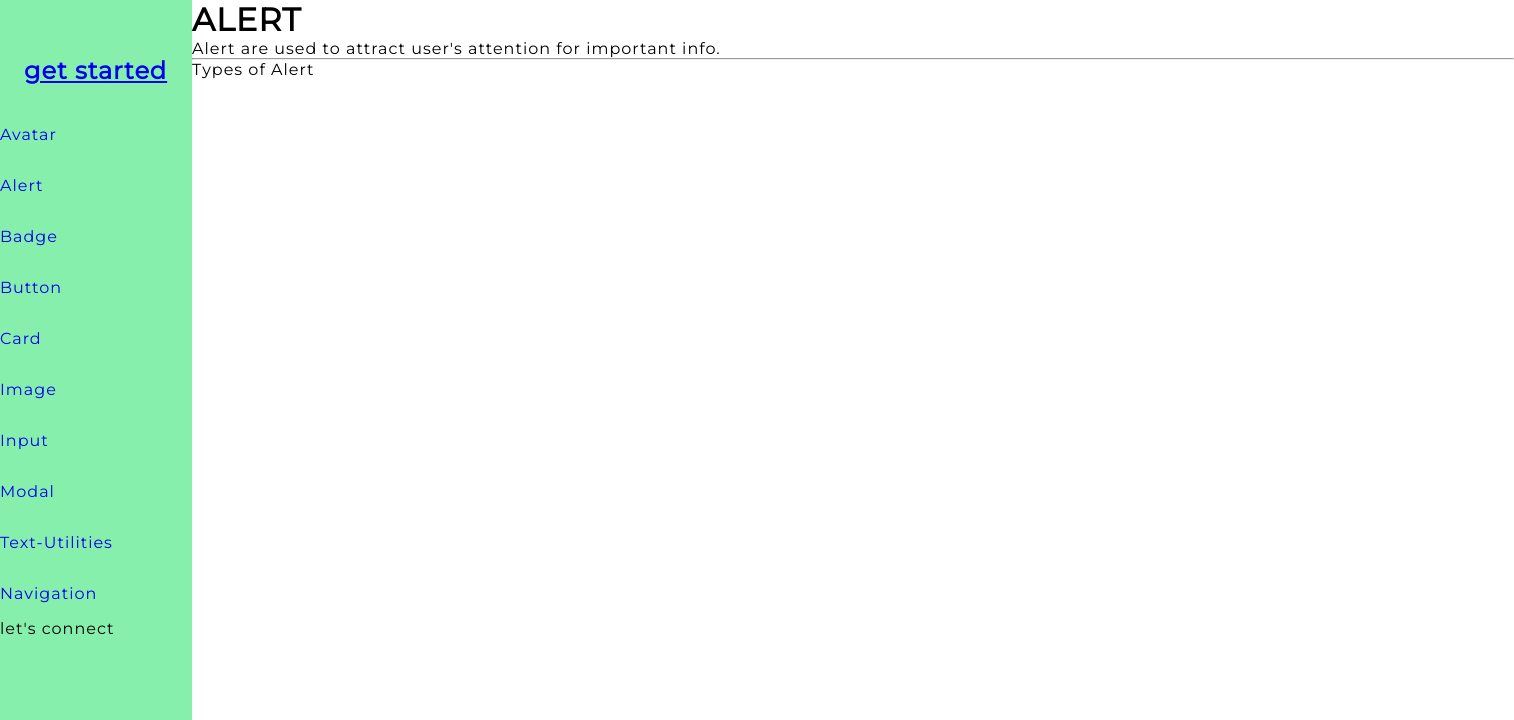
Repository: Anasooya2601/Components_UI
Page: components/Alert/Alert.html
These files come from the project's save history. The page is drawn as it stood at one moment and after the next save; the edit follows.
The browser window is 1280 px wide. The page is 1514 px wide, so the pictures cover 1514 px, including what lies to the right of the window. The pictures show the whole page.

Above is the page before, as saved 2022-02-12 10:29:37.
Not found: components/
Not found: components/Avatar/index.css

### components/Alert/Alert.html
<!DOCTYPE html>
<html lang="en">
<head>
    <meta charset="UTF-8">
    <meta http-equiv="X-UA-Compatible" content="IE=edge">
    <meta name="viewport" content="width=device-width, initial-scale=1.0">
    <title>Alert</title>
    <link rel="stylesheet" href="/main/main.css">
    <link rel="stylesheet" href="../comp.css">
</head>
<body><!-- main -->
    <div class="main-container">
        <div class="navbar-wrapper">

            <div class="nav">
                <div class="navbar-header">
                <div class="logo">
                    <a href="/index.html"></a>
                 </div>
                </div>
            </div>

        <!-- topics -->
        <a href="/main/main.html" class="text">get started</a>
        <div class="navbar-main">
            <a href="/components/Avatar/index.html">Avatar</a>
            <a href="/components/Alert/alert.html">Alert</a>
            <a href="/components/Badge/badge.html">Badge</a>
            <a href="/components/Button/button.html">Button</a>
             <a href="/components/Card/card.html">Card</a>
             <a href="/components/Image/image.html">Image</a>
             <a href="/components/Input/input.html">Input</a>
            <a href="/components/Modal/modal">Modal</a>
            <a href="/components//TextUtilities/textutilities">Text-Utilities</a>
            <a href="/components/Navigation/navigation">Navigation</a>
        </div>
        <!-- footer -->
        <div class="footer">
            <div class="footer-text">
                <p>let's connect</p>
            </div>
        </div>
        </div>


    <div class="header">
        <div class="section-header">
            <div>
                <h1 class="text-header">ALERT</h1>
                    <p class="para">
                       Alert are used to attract user's attention for important info.
                    </p>
              <hr>

            </div>
        </div>
        <div class="section-main">
            <div class="avatar_main">
<div class="alert-info">Types of Alert</div>
            </div>
    </div>
</div>
</body>
</html>

### main/main.css
@import url('https://fonts.googleapis.com/css2?family=Montserrat&display=swap');
*{
    margin: 0;
    padding: 0;
    box-sizing: border-box;
}

body{
    letter-spacing: 1px;
}

/* color variable */
:root{
    font-family: 'Montserrat', sans-serif;
    font-weight: 400;
    --main-color:#fca5a5;
    --green:#86efac;
}

/* logo */
.logo{
    display: flex;
    justify-content: center;
}

.logo a{
    color: var(--main-color);
    font-size: 2.5rem;
    display: flex;
    align-items: flex-end;
}




.main-container{
    display: flex;
}

.text{
    font-size: 1.5rem;
    margin: 1.5rem;
    font-weight: bold;
}
/* navbar */
.navbar-wrapper{
    width: 15%;
    height: 100vh;
    font-size: 1rem;
    flex-direction: column;
    overflow-y: scroll;
display: flex;
flex-shrink: 0;
background-color: var(--green);
}
.nav{
    display: flex;
    flex-direction: column;
}
.navbar-main{
    display: flex;
    flex-direction: column;
}
.navbar-main a{
  border-radius: 40px;
  padding: 1rem 0rem 1rem 0rem;
  letter-spacing: 1px;
  transition: 0.3s all ease-in-out;
  text-decoration: none;
}
.navbar-header{
    border-bottom: var(--main-color);
    padding: 1rem;
}
hr{
    width:250%;
    text-align:left;
    margin-left:0;
    }

### components/comp.css
@import "./Alert/alert.css";
@import "./Avatar/index.css";
@import "./Button/button.css";
@import "../main/main.css";
@import"./";
@import"./";
@import"./";
@import"";
@import"";

### components/Button/button.css
@import url('https://fonts.googleapis.com/css2?family=Montserrat:ital@1&family=Roboto:ital,wght@0,400;1,300&family=Space+Grotesk:wght@700&display=swap');
.main-text{
    margin: 2rem 0;
}

.btn-container{
display: flex;
flex-wrap: wrap;
margin-top: 1.5rem;
gap: 1rem;
align-items: center;


}

.btn {
border:none;
background-color: none;
outline: none;
padding: 0.5rem 1rem;
border: 5px;
border-radius: 5px;
font-size: 1.1rem;
cursor: pointer;
color: #0e9aeb;
font-family: 'Gill Sans', 'Gill Sans MT', Calibri, 'Trebuchet MS', sans-serif;
}

.primary{
    background-color:#fbbf24 ;

}
.secondary{
    background-color: #fca5a5;
}
.danger{
    background-color: #bef264;
}
.success{
    background-color: #0369a1;
}
.warning{
    background-color: #ded48f;
}

/* outlined-button */
.outlined-sub{
    margin-top: 1.5rem;
}
.outlined-btn{
border-radius: 8px;
font-size: 1.1rem;
letter-spacing: 1px;
color:#0369a1;
background-color: white;
cursor: pointer;
padding: 0.5rem;
gap: 1rem;
}
.outlined-primary{
    border: 0.5px solid #0369a1;
}
.outlined-secondary{
    border: 0.5px solid #0369a1;
}
.outlined-warning{
    border: 0.5px solid #0369a1;
}
.outlined-attention{
    border: 0.5px solid #0369a1;
}
.btn-icon{
background-color: white;
cursor: pointer;
}
/* icon-btn */


/* floating-btn */
.btn-float{
    color: white;
    background-color: #0e9aeb;
    padding: 0.6rem 1rem;
    box-shadow: #ded48f 0px 8px 16px;
}

Loaded but not shown: components/Alert/Alert.css (no stored copy; drawn as an empty file)

After the next save:
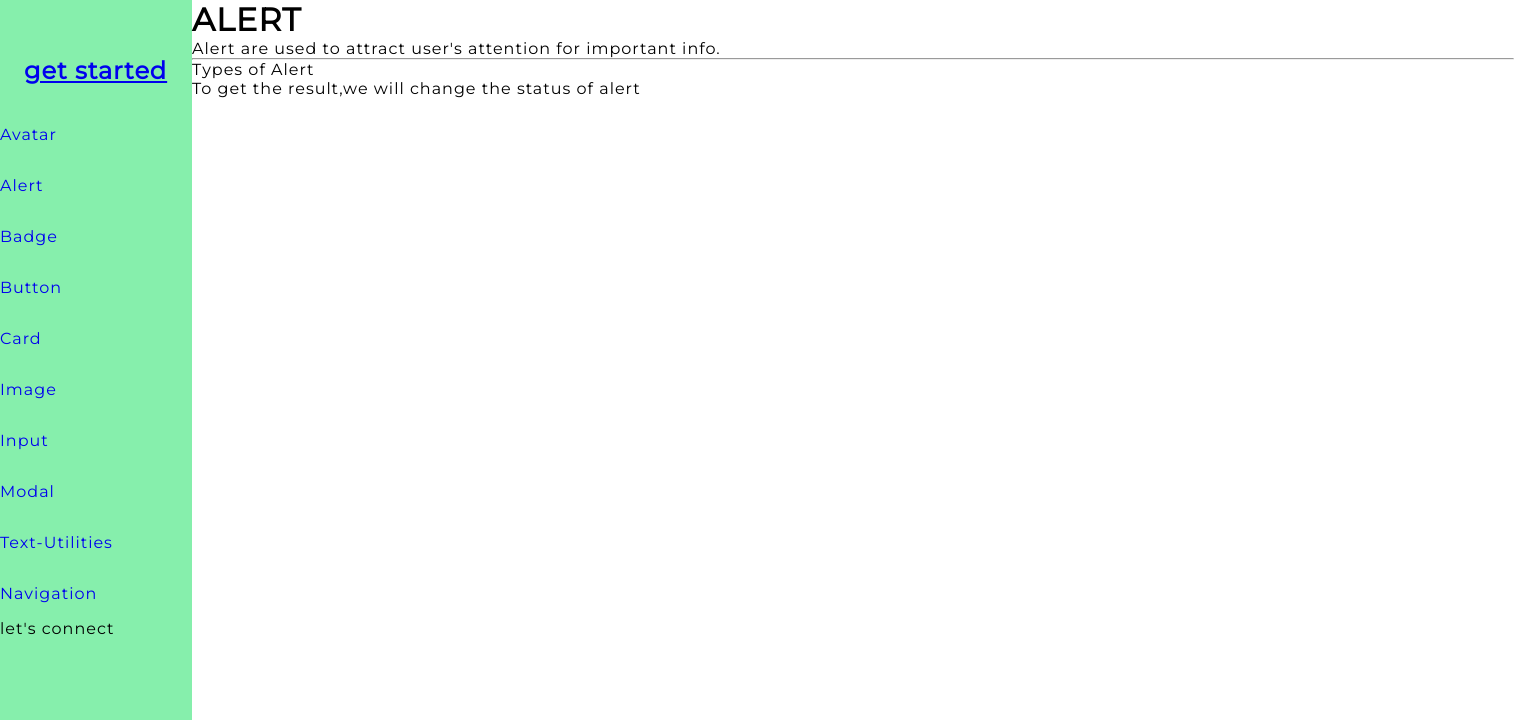
Saved 38 s later.
--- a/components/Alert/Alert.html
+++ b/components/Alert/Alert.html
@@ -57,6 +57,7 @@
         <div class="section-main">
             <div class="avatar_main">
 <div class="alert-info">Types of Alert</div>
+<p>To get the result,we will change the status of alert</p>
             </div>
     </div>
 </div>
